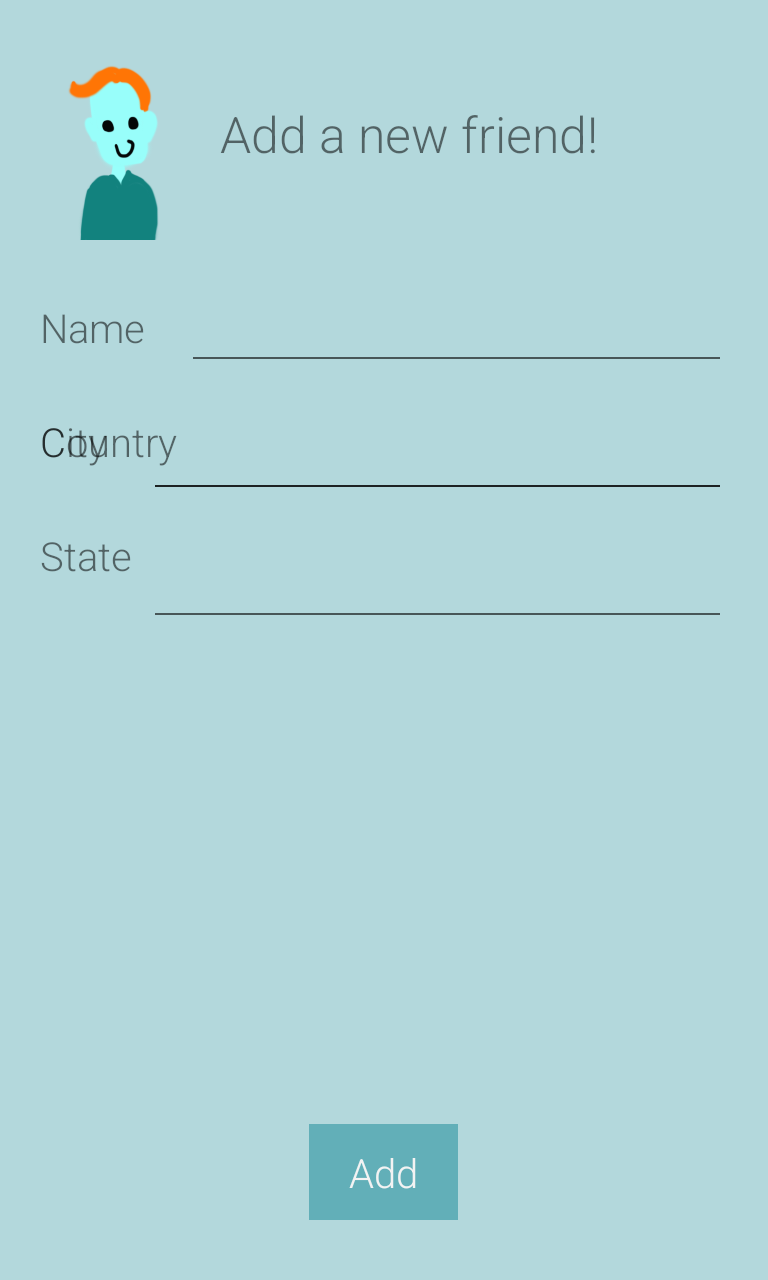
Repository: hinasakazaki/WeatherWithFriends
Layout: WeatherWithFriends/res/layout/add_fragment.xml
The author's editor kept a copy of each file at every save. The layout is drawn from the files as they stood at one save, then again after the next save.
It is drawn on a 768 x 1280 px phone screen (xhdpi) without system bars, with theme AppTheme; the app's code is not run.

Above is the layout before, as saved 2014-06-10 22:01:16.

### WeatherWithFriends/res/layout/add_fragment.xml
<?xml version="1.0" encoding="utf-8"?>
<RelativeLayout xmlns:android="http://schemas.android.com/apk/res/android"
    android:layout_width="match_parent"
    android:layout_height="match_parent"
    android:orientation="vertical"
    android:background="#b3d8dc" >

    <!-- first row -->
	   <ImageView android:id="@+id/icon"
        android:layout_width="100dp"
        android:layout_height="100dp"
        android:layout_alignParentTop="true"
        android:layout_marginTop="20dp"
        android:layout_marginLeft="10dp"
        android:src="@drawable/mike"
        />
	   <TextView
    	    android:id="@+id/title"
    	    android:layout_width="wrap_content"
    	    android:layout_height="wrap_content"
    	    android:layout_toRightOf="@+id/icon"
    	    android:text="Add a new friend!"
    	    android:textSize="25dp"
    	    android:layout_marginTop="50dp"/>

	<!--  second row -->

	   <TextView
    	    android:id="@+id/Name"
    	    android:layout_width="wrap_content"
    	    android:layout_height="wrap_content"
    	    android:layout_alignParentLeft="true"
    	    android:layout_below="@id/icon"
    	    android:textSize="20dp"
    	    android:text="Name"
    	    android:layout_marginTop="30dp"
    	    android:layout_marginLeft="20dp"
    	   />
	   <EditText
	       android:id="@+id/nameEdit"
	        android:layout_width="wrap_content"
    	    android:layout_height="wrap_content"
    	    android:layout_alignParentRight="true"
    	    android:layout_toRightOf="@id/Name"
    	    android:layout_below="@id/title"
    	    android:textSize="20dp"
    	    android:layout_marginTop="60dp"
    	    android:layout_marginLeft="20dp"
    	     android:layout_marginRight="20dp"
    	    />

	 <!-- third row -->

	   <TextView
    	    android:id="@+id/city"
    	    android:layout_width="wrap_content"
    	    android:layout_height="wrap_content"
    	    android:layout_alignParentLeft="true"
    	    android:layout_below="@id/Name"
    	    android:textSize="20dp"
    	    android:text="City"
    	    android:layout_marginTop="30dp"
    	    android:layout_marginLeft="20dp"/>

	   <EditText
	       android:id="@+id/cityEdit"
	        android:layout_width="wrap_content"
    	    android:layout_height="wrap_content"
    	    android:layout_alignParentRight="true"
    	    android:layout_toRightOf="@id/city"
    	    android:layout_below="@id/nameEdit"
    	     android:textSize="20dp"
    	     android:layout_marginTop="20dp"
    	     android:layout_marginLeft="20dp"
    	      android:layout_marginRight="20dp"
    	    />

	  <!-- fourth row -->

	   <TextView
    	    android:id="@+id/state"
    	    android:layout_width="wrap_content"
    	    android:layout_height="wrap_content"
    	    android:layout_alignParentLeft="true"
    	    android:layout_below="@id/city"
    	    android:textSize="20dp"
    	    android:text="State"
    	    android:layout_marginTop="30dp"
    	    android:layout_marginLeft="20dp"/>

	   <EditText
	       android:id="@+id/stateEdit"
	        android:layout_width="wrap_content"
    	    android:layout_height="wrap_content"
    	    android:layout_alignParentRight="true"
    	    android:layout_toRightOf="@id/city"
    	    android:layout_below="@id/cityEdit"
    	     android:textSize="20dp"
    	     android:layout_marginTop="20dp"
    	     android:layout_marginLeft="20dp"
    	      android:layout_marginRight="20dp"
    	    />

	   <!-- fifth row -->

	    <TextView
    	    android:id="@+id/country"
    	    android:layout_width="wrap_content"
    	    android:layout_height="wrap_content"
    	    android:layout_alignParentLeft="true"
    	    android:layout_below="@id/Name"
    	    android:textSize="20dp"
    	    android:text="Country"
    	    android:layout_marginTop="30dp"
    	    android:layout_marginLeft="20dp"/>

	   <EditText
	       android:id="@+id/cityEdit"
	        android:layout_width="wrap_content"
    	    android:layout_height="wrap_content"
    	    android:layout_alignParentRight="true"
    	    android:layout_toRightOf="@id/city"
    	    android:layout_below="@id/nameEdit"
    	     android:textSize="20dp"
    	     android:layout_marginTop="20dp"
    	     android:layout_marginLeft="20dp"
    	      android:layout_marginRight="20dp"
    	    />

    	<Button
            android:id="@+id/addButton"
            android:layout_height="wrap_content"
            android:layout_width="wrap_content"
            android:text="Add"
            android:background = "#62afb8"
            android:textSize="20dp"
            android:paddingLeft="20dp"
            android:paddingRight="20dp"
            android:layout_alignParentBottom="true"
            android:layout_marginBottom="30dp"
            android:layout_centerHorizontal="true"
            />



</RelativeLayout>

### WeatherWithFriends/res/values/styles.xml
<resources>

    <!--
        Base application theme, dependent on API level. This theme is replaced
        by AppBaseTheme from res/values-vXX/styles.xml on newer devices.
    -->
      <style name="AppBaseTheme" parent="android:Theme.Light">
        <!--
            Theme customizations available in newer API levels can go in
            res/values-vXX/styles.xml, while customizations related to
            backward-compatibility can go here.
        -->
    </style>

    <!-- Application theme. -->
    <style name="AppTheme" parent="AppBaseTheme">
        <item name="android:textViewStyle">@style/RobotoTextViewStyle</item>
   		<item name="android:buttonStyle">@style/RobotoButtonStyle</item>
        <!-- All customizations that are NOT specific to a particular API-level can go here. -->
    </style>

    <style name="RobotoTextViewStyle" parent="android:Widget.TextView">
    	<item name="android:fontFamily">sans-serif-light</item>
	</style>

	<style name="RobotoButtonStyle" parent="android:Widget.Holo.Button">
    	<item name="android:fontFamily">sans-serif-light</item>
	</style>
</resources>

Loaded but not shown: WeatherWithFriends/res/values-v11/styles.xml (common file); WeatherWithFriends/res/values-v14/styles.xml (common file)

After the next save:
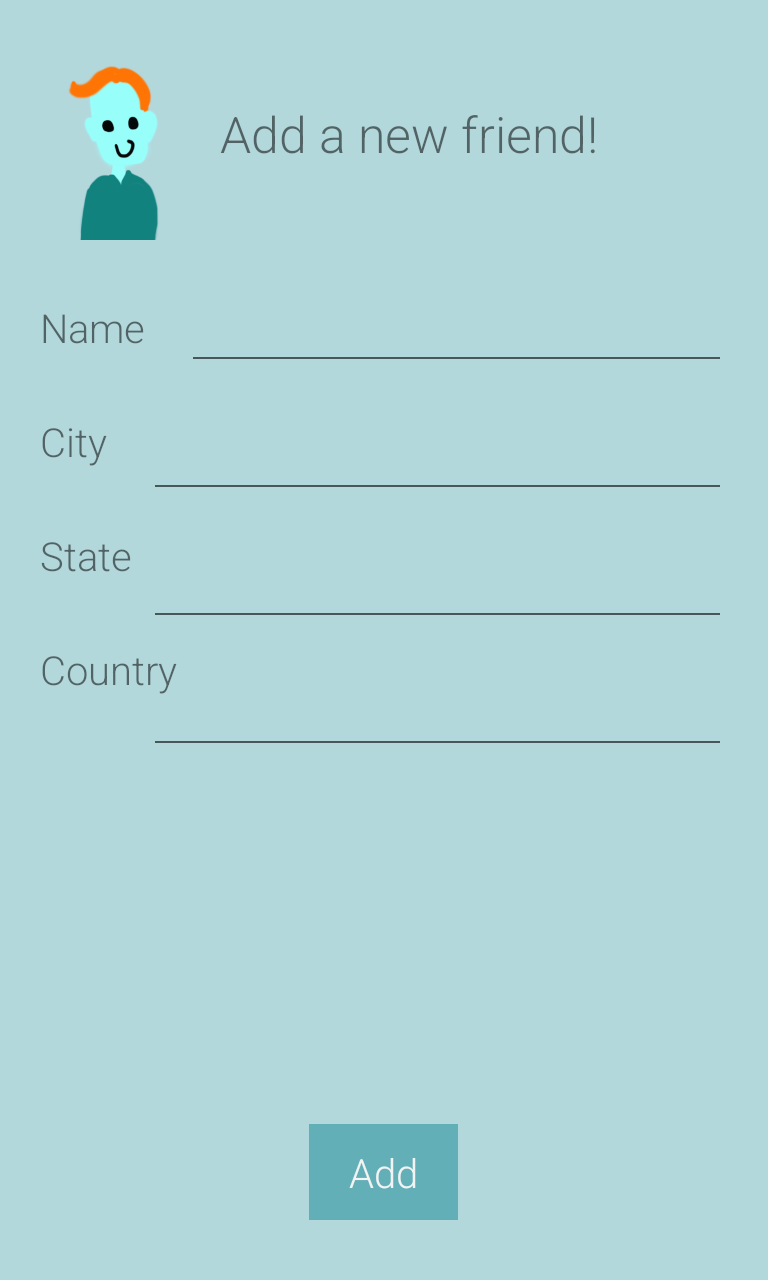
Saved 18 s later.
--- a/WeatherWithFriends/res/layout/add_fragment.xml
+++ b/WeatherWithFriends/res/layout/add_fragment.xml
@@ -108,19 +108,19 @@
     	    android:layout_width="wrap_content"
     	    android:layout_height="wrap_content"
     	    android:layout_alignParentLeft="true"
-    	    android:layout_below="@id/Name"
+    	    android:layout_below="@id/state"
     	    android:textSize="20dp"
     	    android:text="Country"
     	    android:layout_marginTop="30dp"
     	    android:layout_marginLeft="20dp"/>
 
 	   <EditText
-	       android:id="@+id/cityEdit"
+	       android:id="@+id/countryEdit"
 	        android:layout_width="wrap_content"
     	    android:layout_height="wrap_content"
     	    android:layout_alignParentRight="true"
     	    android:layout_toRightOf="@id/city"
-    	    android:layout_below="@id/nameEdit"
+    	    android:layout_below="@id/stateEdit"
     	     android:textSize="20dp"
     	     android:layout_marginTop="20dp"
     	     android:layout_marginLeft="20dp"
